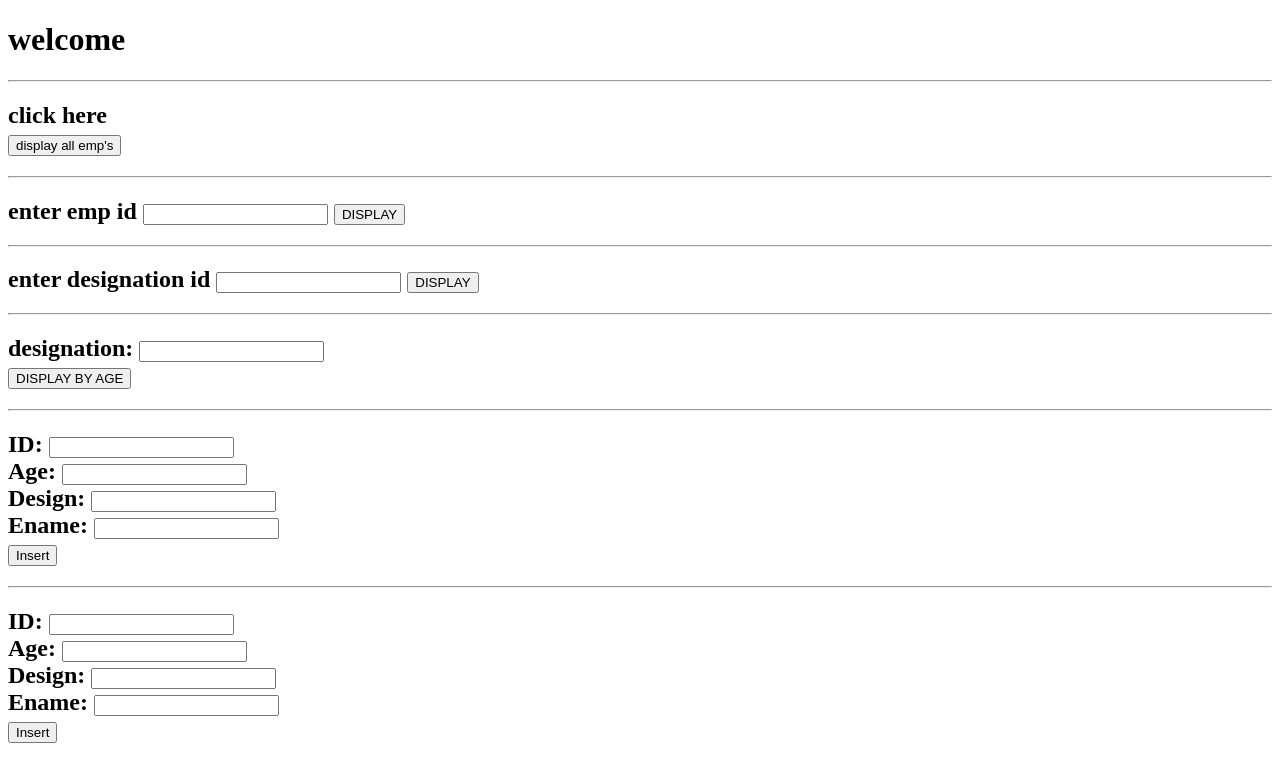
Repository: Saikumar6901/DBSTrainingModules
Page: http://localhost/dbsdemo/Viewall.jsp
These files come from the project's save history. The page is drawn as it stood at one moment and after the next save; the edit follows.
The browser window is 1280 px wide. The pictures show the whole page.
The page is served by Tomcat 9. Other server files are loaded and not shown.

Above is the page before, as saved 2019-08-17 06:43:07.

### workspace-spring-tool-suite-4-4.3.2.RELEASE/dbsdemo/src/main/webapp/Viewall.jsp
<%@ page language="java" contentType="text/html; charset=ISO-8859-1"
    pageEncoding="ISO-8859-1"%>
<!DOCTYPE html>
<html>
<head>
<meta charset="ISO-8859-1">
<title>Insert title here</title>
</head>
<body>
<h1> welcome</h1>
<hr>
 <form action="displayAll">
<h2>
click here<br>
<input type="submit" name="submit" value="display all emp's">
</h2>
</form>

<hr>

<form action="displayByID" method="post">
<h2>
enter emp id <input type="text" name="eid">
<input type="submit" name="submit" value="DISPLAY">
</h2></form>

<hr>

<form action="displayByDesign" method="post">
<h2>
enter designation id <input type="text" name="design">
<input type="submit" name="submit" value="DISPLAY">
</h2>
</form>

<hr>

<form action="displayByAge" method="post">
<h2>
designation: <input type="text" name="designation"><br>
<input type="submit" name="submit" value="DISPLAY BY AGE">
</h2>
</form>

<hr>

<form action="insertstmt" method="post">
<h2>
ID: <input type="text" name="eid"><br>
Age: <input type="text" name="age"><br>
Design: <input type="text" name="designation"><br>
Ename: <input type="text" name="ename"><br>
<input type="submit" name="submit" value="Insert">
</h2>
</form>

<hr>

<form action="collectdata" method="post">
<h2>
ID: <input type="text" name="eid"><br>
Age: <input type="text" name="age"><br>
Design: <input type="text" name="designation"><br>
Ename: <input type="text" name="ename"><br>
<input type="submit" name="submit" value="Insert">
</h2>
</form>
</body>
</html>

After the next save:
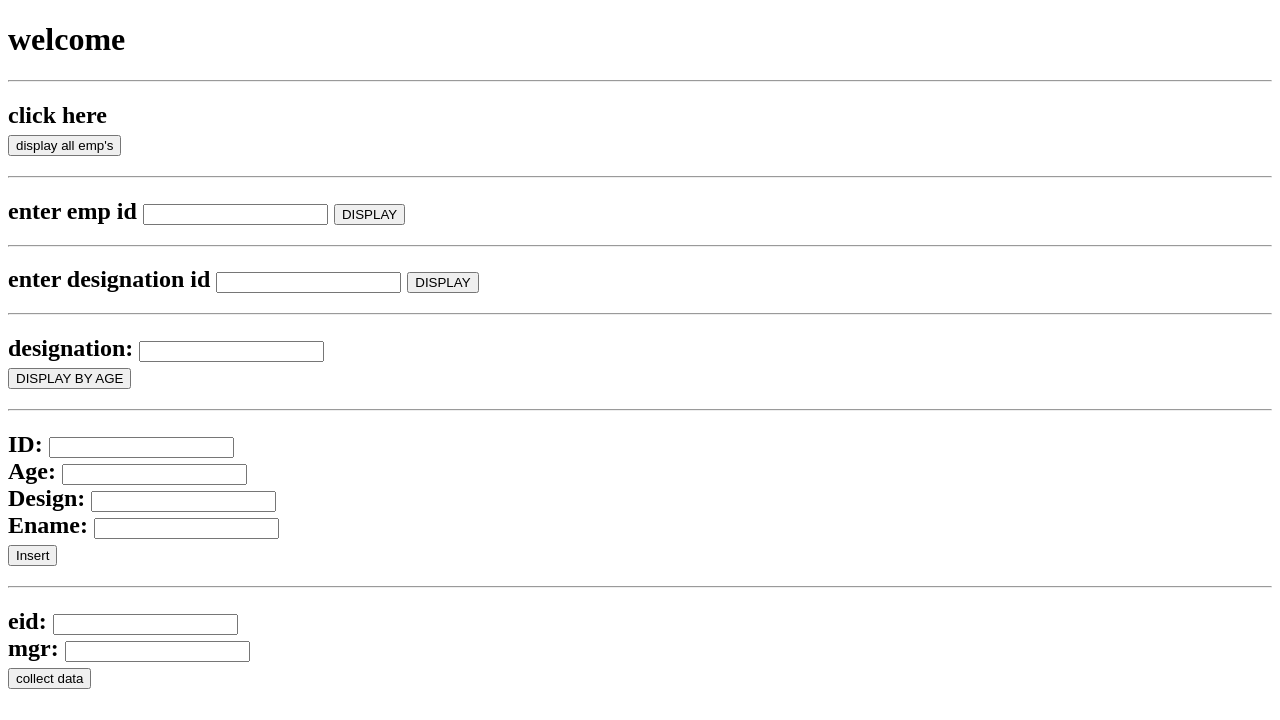
Saved 23 s later.
--- a/workspace-spring-tool-suite-4-4.3.2.RELEASE/dbsdemo/src/main/webapp/Viewall.jsp
+++ b/workspace-spring-tool-suite-4-4.3.2.RELEASE/dbsdemo/src/main/webapp/Viewall.jsp
@@ -58,11 +58,9 @@
 
 <form action="collectdata" method="post">
 <h2>
-ID: <input type="text" name="eid"><br>
-Age: <input type="text" name="age"><br>
-Design: <input type="text" name="designation"><br>
-Ename: <input type="text" name="ename"><br>
-<input type="submit" name="submit" value="Insert">
+eid: <input type="text" name="eid"><br>
+mgr: <input type="text" name="manager"><br>
+<input type="submit" name="submit" value="collect data">
 </h2>
 </form>
 </body>
